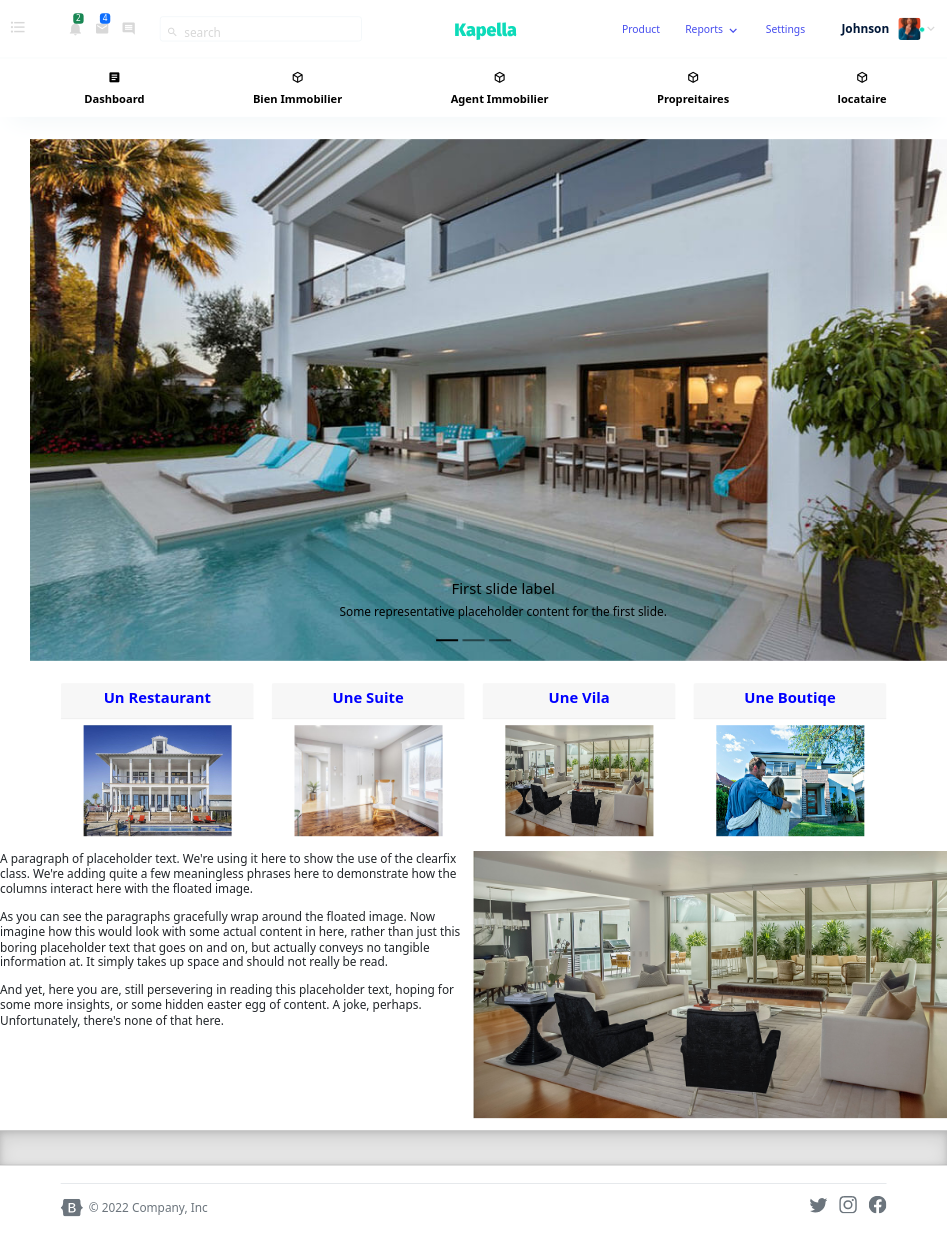
Repository: dimitri0004/Bien
Page: templates/dashbord/index.html.twig
The author's editor kept a copy of each file at every save. The page is drawn from the files as they stood at one save, then again after the next save.
The browser window is 1280 px wide. The pictures show the whole page, at 74% of full size.
The page is a Twig template of a Symfony application; nobody is signed in and links lead nowhere. The template is opened directly, without the code that normally fills it, so the values that code supplies are empty.

Above is the page before, as saved 2023-04-05 01:55:09.
Console error: TypeError: Cannot read properties of null (reading 'addEventListener')

### templates/dashbord/index.html.twig
{% extends 'base.html.twig' %}

{% block title %}Hello DashbordController!{% endblock %}

{% block body %}

    <div id="carouselExampleDark" class="carousel carousel-dark slide">
        <div class="carousel-indicators">
          <button type="button" data-bs-target="#carouselExampleDark" data-bs-slide-to="0" class="active" aria-current="true" aria-label="Slide 1"></button>
          <button type="button" data-bs-target="#carouselExampleDark" data-bs-slide-to="1" aria-label="Slide 2"></button>
          <button type="button" data-bs-target="#carouselExampleDark" data-bs-slide-to="2" aria-label="Slide 3"></button>
        </div>
        <div class="carousel-inner" style="margin-left: 40px; margin-right: 40px; margin-top: 30px; margin-bottom:30px;" >
          <div class="carousel-item active" data-bs-interval="10000">
            <img src="{{ asset('uploads/image2.jpg') }}" class="d-block w-100" alt="...">
            <div class="carousel-caption d-none d-md-block">
              <h5  style="color:black"ss>First slide label</h5>
              <p style="color:black">Some representative placeholder content for the first slide.</p>
            </div>
          </div>
          <div class="carousel-item" data-bs-interval="2000">
            <img src="{{ asset('uploads/image1.jpg') }}" class="d-block w-100" alt="...">
            <div class="carousel-caption d-none d-md-block">
              <h5  style="color:black">Second slide label</h5>
              <p  style="color:black">Some representative placeholder content for the second slide.</p>
            </div>
          </div>
          <div class="carousel-item">
            <img src="{{ asset('uploads/image3.jpg') }}" class="d-block w-100" alt="...">
            <div class="carousel-caption d-none d-md-block">
              <h5  style="color:black">Third slide label</h5>
              <p  style="color:black">Some representative placeholder content for the third slide.</p>
            </div>
          </div>
        </div>
        <button class="carousel-control-prev" type="button" data-bs-target="#carouselExampleDark" data-bs-slide="prev">
          <span class="carousel-control-prev-icon" aria-hidden="true"></span>
          <span class="visually-hidden">Previous</span>
        </button>
        <button class="carousel-control-next" type="button" data-bs-target="#carouselExampleDark" data-bs-slide="next">
          <span class="carousel-control-next-icon" aria-hidden="true"></span>
          <span class="visually-hidden">Next</span>
        </button>
      </div>

      <div class="container text-center" style="margin-bottom: 20px;">
        <div class="row">
            <div class="col" >
                <div class="card-header">
                    <strong> <h5 class="card-title" style="color: blue;font-weight: bold; " > Un Restaurant </h5></strong>
                  </div>
                <img class='mt-2' style="width:200px ; height:150px" src="{{ asset('uploads/img.jpg') }}" class="d-block w-100" alt="...">
            </div>
            <div class="col">
                <div class="card-header">
                    <strong> <h5 class="card-title" style="color: blue;font-weight: bold; " > Une Suite </h5></strong>
                </div>
                    <img class='mt-2' style="width:200px ; height:150px" src="{{ asset('uploads/img4.jpg') }}" class="d-block w-100" alt="...">
            </div>
            <div class="col">
                <div class="card-header">
                    <strong> <h5 class="card-title" style="color: blue;font-weight: bold; " > Une Vila </h5></strong>
                </div>
                    <img class='mt-2'style="width:200px ; height:150px" src="{{ asset('uploads/img7.jpg') }}" class="d-block w-100" alt="...">
            </div>
            <div class="col">
                <div class="card-header">
                    <strong> <h5 class="card-title" style="color: blue;font-weight: bold; " > Une Boutiqe </h5></strong>
                  </div>
                <img class='mt-2'style="width:200px ; height:150px" src="{{ asset('uploads/img6.jpg') }}" class="d-block w-100" alt="...">
            </div>
        </div>
    </div>

    <div class="clearfix">
        <img src="{{ asset('uploads/img7.jpg') }}" class="col-md-6 float-md-end mb-3 ms-md-3" alt="...">

        <p>
          A paragraph of placeholder text. We're using it here to show the use of the clearfix class. We're adding quite a few meaningless phrases here to demonstrate how the columns interact here with the floated image.
        </p>

        <p>
          As you can see the paragraphs gracefully wrap around the floated image. Now imagine how this would look with some actual content in here, rather than just this boring placeholder text that goes on and on, but actually conveys no tangible information at. It simply takes up space and should not really be read.
        </p>

        <p>
          And yet, here you are, still persevering in reading this placeholder text, hoping for some more insights, or some hidden easter egg of content. A joke, perhaps. Unfortunately, there's none of that here.
        </p>
      </div>



{% endblock %}

### templates/base.html.twig
<!DOCTYPE html>
<html>
    <head>
        <meta charset="UTF-8">
        <meta name="viewport" content="width=device-width, initial-scale=1, shrink-to-fit=no">
        <title>{% block title %}Welcome!{% endblock %}</title>
        <link rel="icon" href="data:[embedded picture, 143 characters]">
        {# Run `composer require symfony/webpack-encore-bundle` to start using Symfony UX #}
        <!-- Required meta tags -->
        <!-- base:css -->




        {% block stylesheets %}
            <link rel="stylesheet" href="{{asset('vendors/base/vendor.bundle.base.css')}}">
            <link rel="stylesheet" href="{{asset('vendors/mdi/css/materialdesignicons.min.css')}}">
            <link rel="stylesheet" href="{{asset('css/style.css')}}">
            <link rel="shortcut icon" href="{{asset('images/favicon.png')}}" >
            <link rel="canonical" href="https://getbootstrap.com/docs/5.3/examples/footers/">
            <link href="{{ asset('css/bootstrap.min.css') }}" rel="stylesheet">





<link href="../assets/dist/css/bootstrap.min.css" rel="stylesheet">


        {% endblock %}



        {% block javascripts %} {% endblock %}

        <script src="{{asset('vendors/base/vendor.bundle.base.js')}}" defer></script>
        <script src="{{asset('js/template.js')}}" defer></script>
        <script src="{{asset('vendors/chart.js/Chart.min.js')}}"defer></script>
        <script src="{{asset('vendors/progressbar.js/progressbar.min.js')}}"></script>
        <script src="{{asset('vendors/chartjs-plugin-datalabels/chartjs-plugin-datalabels.js')}}"defer></script>
        <script src="{{asset('vendors/justgage/raphael-2.1.4.min.js')}}"defer></script>
        <script src="{{asset('vendors/justgage/justgage.js')}}"defer></script>
        <script src="{{asset('js/jquery.cookie.js')}}" type="text/javascript" defer></script>
        <script src="{{asset('js/dashboard.js')}}" defer></script>
        <script src="{{ asset('js/bootstrap.bundle.min.js') }}" defer></script>



    </head>
    <body>
        {% include "_partiels/nav.html.twig" %}
        {% block body %}

        {% endblock %}
        {% include "_partiels/footer.html.twig" %}
    </body>
</html>

### templates/_partiels/footer.html.twig
<style>
    .bd-placeholder-img {
      font-size: 1.125rem;
      text-anchor: middle;
      -webkit-user-select: none;
      -moz-user-select: none;
      user-select: none;
    }

    @media (min-width: 768px) {
      .bd-placeholder-img-lg {
        font-size: 3.5rem;
      }
    }

    .b-example-divider {
      height: 3rem;
      background-color: rgba(0, 0, 0, .1);
      border: solid rgba(0, 0, 0, .15);
      border-width: 1px 0;
      box-shadow: inset 0 .5em 1.5em rgba(0, 0, 0, .1), inset 0 .125em .5em rgba(0, 0, 0, .15);
    }

    .b-example-vr {
      flex-shrink: 0;
      width: 1.5rem;
      height: 100vh;
    }

    .bi {
      vertical-align: -.125em;
      fill: currentColor;
    }

    .nav-scroller {
      position: relative;
      z-index: 2;
      height: 2.75rem;
      overflow-y: hidden;
    }

    .nav-scroller .nav {
      display: flex;
      flex-wrap: nowrap;
      padding-bottom: 1rem;
      margin-top: -1px;
      overflow-x: auto;
      text-align: center;
      white-space: nowrap;
      -webkit-overflow-scrolling: touch;
    }
</style>
<body>
    <svg xmlns="http://www.w3.org/2000/svg" style="display: none;">
        <symbol id="bootstrap" viewBox="0 0 118 94">
          <title>Bootstrap</title>
          <path fill-rule="evenodd" clip-rule="evenodd" d="M24.509 0c-6.733 0-11.715 5.893-11.492 12.284.214 6.14-.064 14.092-2.066 20.577C8.943 39.365 5.547 43.485 0 44.014v5.972c5.547.529 8.943 4.649 10.951 11.153 2.002 6.485 2.28 14.437 2.066 20.577C12.794 88.106 17.776 94 24.51 94H93.5c6.733 0 11.714-5.893 11.491-12.284-.214-6.14.064-14.092 2.066-20.577 2.009-6.504 5.396-10.624 10.943-11.153v-5.972c-5.547-.529-8.934-4.649-10.943-11.153-2.002-6.484-2.28-14.437-2.066-20.577C105.214 5.894 100.233 0 93.5 0H24.508zM80 57.863C80 66.663 73.436 72 62.543 72H44a2 2 0 01-2-2V24a2 2 0 012-2h18.437c9.083 0 15.044 4.92 15.044 12.474 0 5.302-4.01 10.049-9.119 10.88v.277C75.317 46.394 80 51.21 80 57.863zM60.521 28.34H49.948v14.934h8.905c6.884 0 10.68-2.772 10.68-7.727 0-4.643-3.264-7.207-9.012-7.207zM49.948 49.2v16.458H60.91c7.167 0 10.964-2.876 10.964-8.281 0-5.406-3.903-8.178-11.425-8.178H49.948z"></path>
        </symbol>
        <symbol id="facebook" viewBox="0 0 16 16">
          <path d="M16 8.049c0-4.446-3.582-8.05-8-8.05C3.58 0-.002 3.603-.002 8.05c0 4.017 2.926 7.347 6.75 7.951v-5.625h-2.03V8.05H6.75V6.275c0-2.017 1.195-3.131 3.022-3.131.876 0 1.791.157 1.791.157v1.98h-1.009c-.993 0-1.303.621-1.303 1.258v1.51h2.218l-.354 2.326H9.25V16c3.824-.604 6.75-3.934 6.75-7.951z"/>
        </symbol>
        <symbol id="instagram" viewBox="0 0 16 16">
            <path d="M8 0C5.829 0 5.556.01 4.703.048 3.85.088 3.269.222 2.76.42a3.917 3.917 0 0 0-1.417.923A3.927 3.927 0 0 0 .42 2.76C.222 3.268.087 3.85.048 4.7.01 5.555 0 5.827 0 8.001c0 2.172.01 2.444.048 3.297.04.852.174 1.433.372 1.942.205.526.478.972.923 1.417.444.445.89.719 1.416.923.51.198 1.09.333 1.942.372C5.555 15.99 5.827 16 8 16s2.444-.01 3.298-.048c.851-.04 1.434-.174 1.943-.372a3.916 3.916 0 0 0 1.416-.923c.445-.445.718-.891.923-1.417.197-.509.332-1.09.372-1.942C15.99 10.445 16 10.173 16 8s-.01-2.445-.048-3.299c-.04-.851-.175-1.433-.372-1.941a3.926 3.926 0 0 0-.923-1.417A3.911 3.911 0 0 0 13.24.42c-.51-.198-1.092-.333-1.943-.372C10.443.01 10.172 0 7.998 0h.003zm-.717 1.442h.718c2.136 0 2.389.007 3.232.046.78.035 1.204.166 1.486.275.373.145.64.319.92.599.28.28.453.546.598.92.11.281.24.705.275 1.485.039.843.047 1.096.047 3.231s-.008 2.389-.047 3.232c-.035.78-.166 1.203-.275 1.485a2.47 2.47 0 0 1-.599.919c-.28.28-.546.453-.92.598-.28.11-.704.24-1.485.276-.843.038-1.096.047-3.232.047s-2.39-.009-3.233-.047c-.78-.036-1.203-.166-1.485-.276a2.478 2.478 0 0 1-.92-.598 2.48 2.48 0 0 1-.6-.92c-.109-.281-.24-.705-.275-1.485-.038-.843-.046-1.096-.046-3.233 0-2.136.008-2.388.046-3.231.036-.78.166-1.204.276-1.486.145-.373.319-.64.599-.92.28-.28.546-.453.92-.598.282-.11.705-.24 1.485-.276.738-.034 1.024-.044 2.515-.045v.002zm4.988 1.328a.96.96 0 1 0 0 1.92.96.96 0 0 0 0-1.92zm-4.27 1.122a4.109 4.109 0 1 0 0 8.217 4.109 4.109 0 0 0 0-8.217zm0 1.441a2.667 2.667 0 1 1 0 5.334 2.667 2.667 0 0 1 0-5.334z"/>
        </symbol>
        <symbol id="twitter" viewBox="0 0 16 16">
          <path d="M5.026 15c6.038 0 9.341-5.003 9.341-9.334 0-.14 0-.282-.006-.422A6.685 6.685 0 0 0 16 3.542a6.658 6.658 0 0 1-1.889.518 3.301 3.301 0 0 0 1.447-1.817 6.533 6.533 0 0 1-2.087.793A3.286 3.286 0 0 0 7.875 6.03a9.325 9.325 0 0 1-6.767-3.429 3.289 3.289 0 0 0 1.018 4.382A3.323 3.323 0 0 1 .64 6.575v.045a3.288 3.288 0 0 0 2.632 3.218 3.203 3.203 0 0 1-.865.115 3.23 3.23 0 0 1-.614-.057 3.283 3.283 0 0 0 3.067 2.277A6.588 6.588 0 0 1 .78 13.58a6.32 6.32 0 0 1-.78-.045A9.344 9.344 0 0 0 5.026 15z"/>
        </symbol>
      </svg>

      <div class="b-example-divider"></div>
      <div class="container">
        <footer class="d-flex flex-wrap justify-content-between align-items-center py-3 my-4 border-top">
          <div class="col-md-4 d-flex align-items-center">
            <a href="/" class="mb-3 me-2 mb-md-0 text-muted text-decoration-none lh-1">
              <svg class="bi" width="30" height="24"><use xlink:href="#bootstrap"/></svg>
            </a>
            <span class="mb-3 mb-md-0 text-muted">&copy; 2022 Company, Inc</span>
          </div>

          <ul class="nav col-md-4 justify-content-end list-unstyled d-flex">
            <li class="ms-3"><a class="text-muted" href="#"><svg class="bi" width="24" height="24"><use xlink:href="#twitter"/></svg></a></li>
            <li class="ms-3"><a class="text-muted" href="#"><svg class="bi" width="24" height="24"><use xlink:href="#instagram"/></svg></a></li>
            <li class="ms-3"><a class="text-muted" href="#"><svg class="bi" width="24" height="24"><use xlink:href="#facebook"/></svg></a></li>
          </ul>
        </footer>
      </div>
</body>

Loaded but not shown: public/vendors/base/vendor.bundle.base.css (common file); public/vendors/mdi/css/materialdesignicons.min.css (library); public/css/style.css (library); public/css/bootstrap.min.css (library); public/vendors/progressbar.js/progressbar.min.js (library); public/vendors/base/vendor.bundle.base.js (library); public/vendors/chart.js/Chart.min.js (library); public/vendors/chartjs-plugin-datalabels/chartjs-plugin-datalabels.js (library); public/vendors/justgage/raphael-2.1.4.min.js (library); public/vendors/justgage/justgage.js (library); public/js/jquery.cookie.js (library); public/js/bootstrap.bundle.min.js (library); public/images/logo.svg (3 lines, source omitted); public/images/logo-mini.svg (12 lines, source omitted); public/js/dashboard.js (1172 lines, source omitted); public/js/template.js (126 lines, source omitted); templates/_partiels/nav.html.twig (246 lines, source omitted)

After the next save:
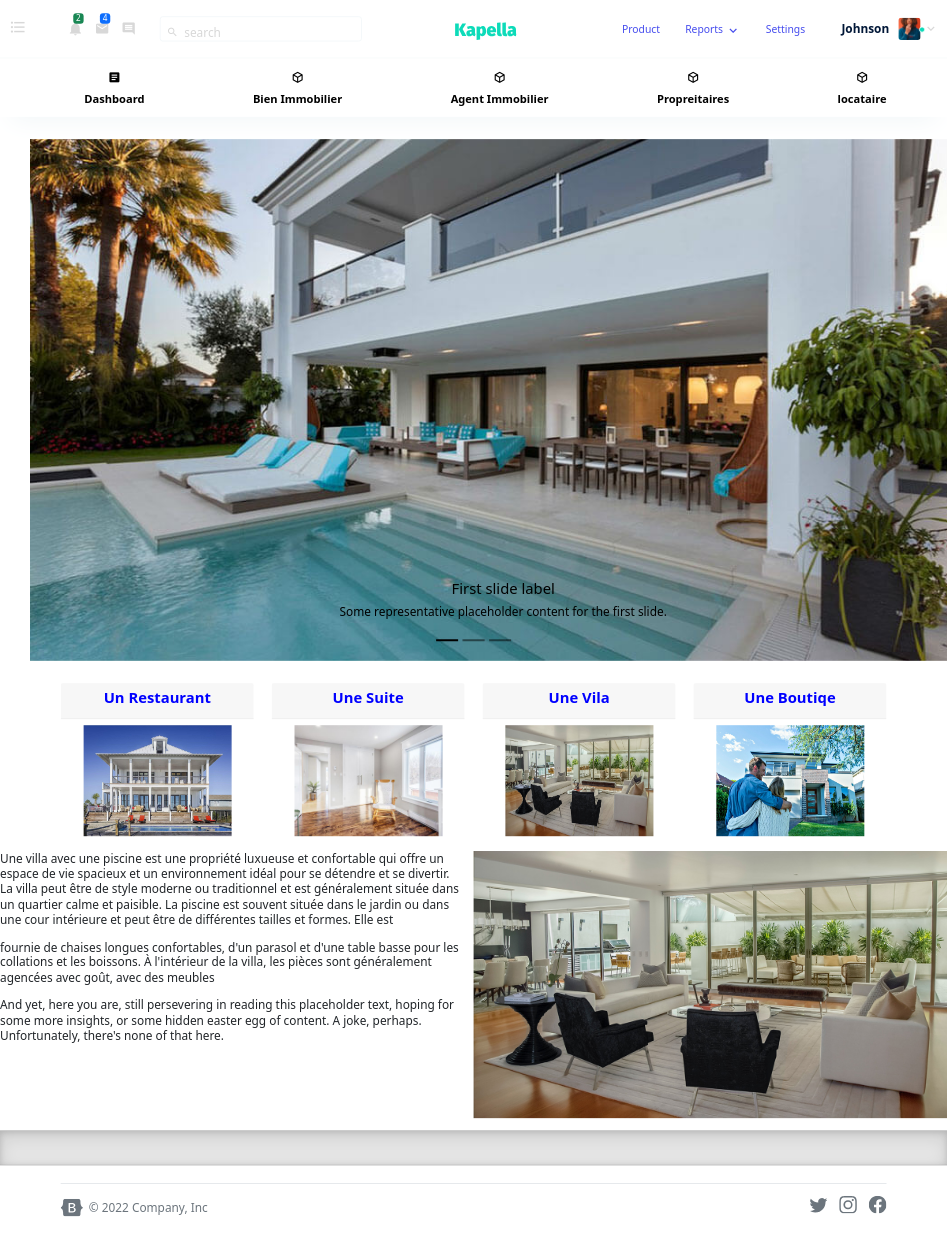
Saved 68 s later.
--- a/templates/dashbord/index.html.twig
+++ b/templates/dashbord/index.html.twig
@@ -76,11 +76,11 @@
         <img src="{{ asset('uploads/img7.jpg') }}" class="col-md-6 float-md-end mb-3 ms-md-3" alt="...">
 
         <p>
-          A paragraph of placeholder text. We're using it here to show the use of the clearfix class. We're adding quite a few meaningless phrases here to demonstrate how the columns interact here with the floated image.
+            Une villa avec une piscine est une propriété luxueuse et confortable qui offre un espace de vie spacieux et un environnement idéal pour se détendre et se divertir. La villa peut être de style moderne ou traditionnel et est généralement située dans un quartier calme et paisible. La piscine est souvent située dans le jardin ou dans une cour intérieure et peut être de différentes tailles et formes. Elle est
         </p>
 
         <p>
-          As you can see the paragraphs gracefully wrap around the floated image. Now imagine how this would look with some actual content in here, rather than just this boring placeholder text that goes on and on, but actually conveys no tangible information at. It simply takes up space and should not really be read.
+            fournie de chaises longues confortables, d'un parasol et d'une table basse pour les collations et les boissons. À l'intérieur de la villa, les pièces sont généralement agencées avec goût, avec des meubles
         </p>
 
         <p>
